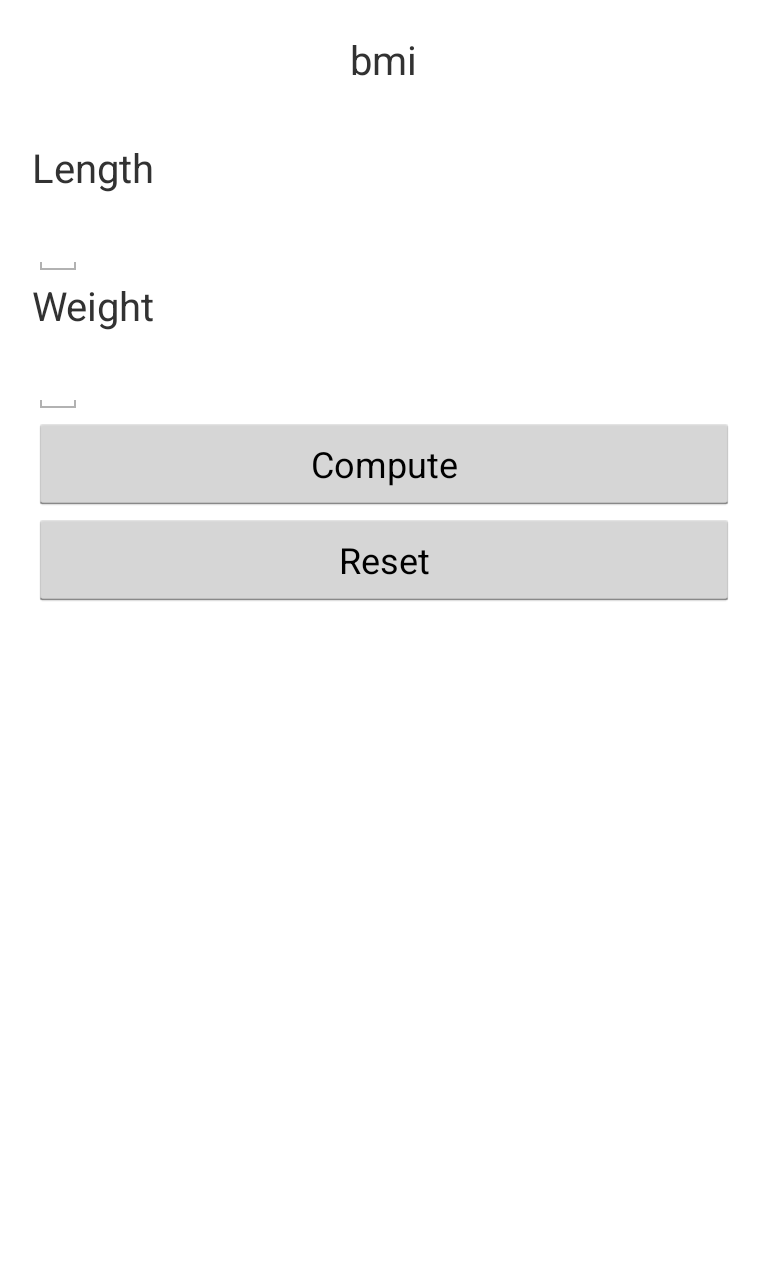
Repository: ek222mw/IDV436_API_Komponent
Layout: labb1_BMI/res/layout/activity_main.xml
An editor plug-in stored every save of this project. The layout is shown before and after the next save, followed by the edit.
It is drawn on a 768 x 1280 px phone screen (xhdpi) without system bars, with theme AppTheme; the app's code is not run.

Above is the layout before, as saved 2014-11-17 13:50:25.

### labb1_BMI/res/layout/activity_main.xml
<LinearLayout xmlns:android="http://schemas.android.com/apk/res/android"
    xmlns:tools="http://schemas.android.com/tools"
    android:orientation="vertical"
    android:layout_width="match_parent"
    android:layout_height="match_parent"
    android:paddingBottom="@dimen/activity_vertical_margin"
    android:paddingLeft="@dimen/activity_horizontal_margin"
    android:paddingRight="@dimen/activity_horizontal_margin"
    android:paddingTop="@dimen/activity_vertical_margin"
    tools:context="com.example.randomize.RandomNum" >



    <TextView

        android:layout_width="wrap_content"
        android:layout_height="wrap_content"
        android:text="@string/bmi"
        android:layout_gravity="center"
        android:textSize="20sp"
         />

    <TextView
        android:id="@+id/result"
        android:layout_width="wrap_content"
        android:layout_height="wrap_content"
        android:text="@string/result"
        android:layout_gravity="left"
        android:textSize="20sp"
         />
     <TextView

        android:layout_width="wrap_content"
        android:layout_height="wrap_content"
        android:text="@string/height"
        android:layout_gravity="left"
        android:textSize="20sp"
         />

    <EditText android:id="@+id/edit_text"

        android:layout_width="wrap_content"
        android:layout_height="wrap_content"


        android:textSize="20sp"
        android:hint="@string/edit_text_Length" />

    <TextView

        android:layout_width="wrap_content"
        android:layout_height="wrap_content"
        android:text="@string/weight"
        android:layout_gravity="left"
        android:textSize="20sp"
         />

    <EditText android:id="@+id/edit_text_Weight"

        android:layout_width="wrap_content"
        android:layout_height="wrap_content"

        android:gravity="center"
        android:textSize="20sp"
        android:hint="@string/edit_text_Weight" />

    <Button android:id="@+id/Button_Send"
        android:layout_width="match_parent"
        android:layout_height="wrap_content"
        android:layout_gravity="center"
        android:text="@string/button_text" />

    <Button android:id="@+id/Reset"
        android:layout_width="match_parent"
        android:layout_height="wrap_content"

        android:text="@string/Reset" />

</LinearLayout>

### labb1_BMI/res/values/strings.xml
<?xml version="1.0" encoding="utf-8"?>
<resources>

    <string name="app_name">labb1_BMI</string>
    <string name="bmi">bmi</string>
    <string name="result"></string>
    <string name="height">Length</string>
    <string name="edit_text_Length"></string>
    <string name="weight">Weight</string>
    <string name="edit_text_Weight"></string>
    <string name="button_text">Compute</string>
    <string name="Reset">Reset</string>
    <string name="action_settings">Settings</string>

</resources>

Loaded but not shown: labb1_BMI/res/values/styles.xml (common file); labb1_BMI/res/values-v11/styles.xml (common file); labb1_BMI/res/values-v14/styles.xml (common file); labb1_BMI/res/values/dimens.xml (common file); labb1_BMI/res/values-w820dp/dimens.xml (common file)

After the next save:
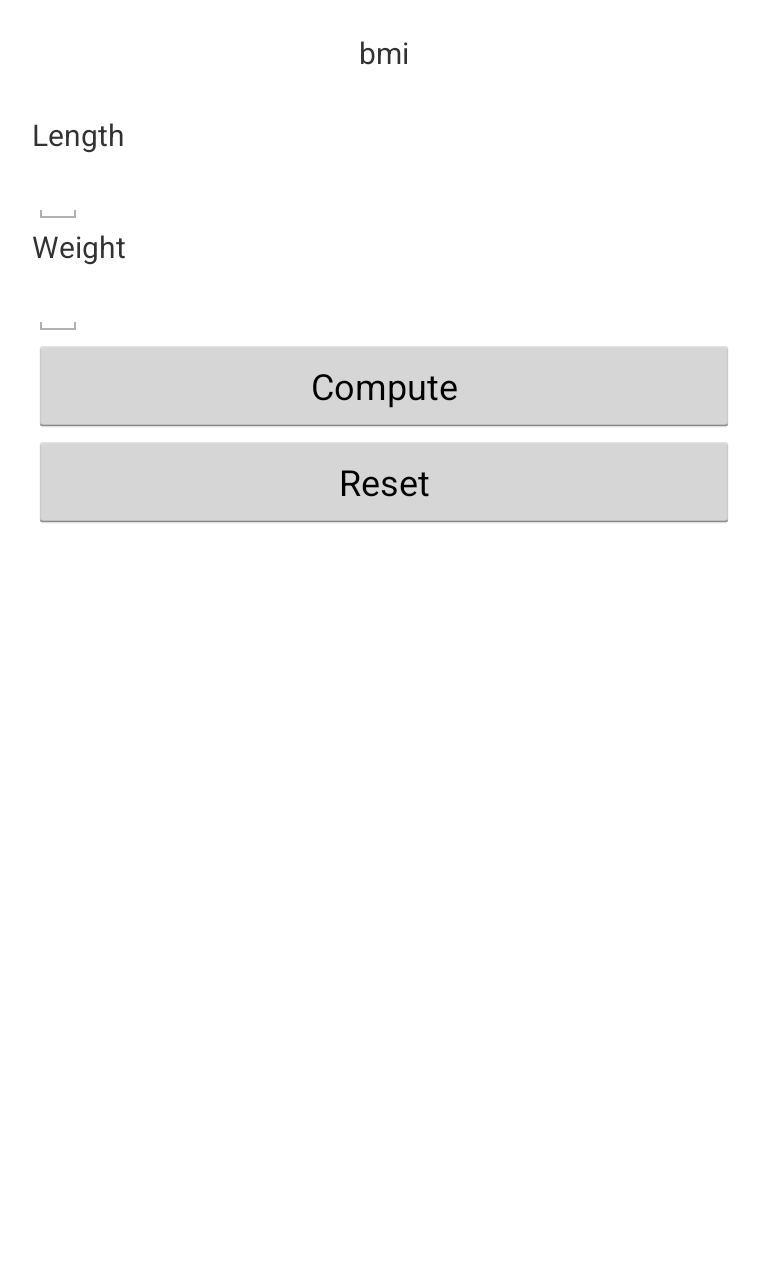
Saved 62 s later.
--- a/labb1_BMI/res/layout/activity_main.xml
+++ b/labb1_BMI/res/layout/activity_main.xml
@@ -17,7 +17,7 @@
         android:layout_height="wrap_content"
         android:text="@string/bmi"
         android:layout_gravity="center"
-        android:textSize="20sp"
+        android:textSize="15sp"
          />
 
     <TextView
@@ -26,7 +26,7 @@
         android:layout_height="wrap_content"
         android:text="@string/result"
         android:layout_gravity="left"
-        android:textSize="20sp"
+        android:textSize="15sp"
          />
      <TextView
 
@@ -34,7 +34,7 @@
         android:layout_height="wrap_content"
         android:text="@string/height"
         android:layout_gravity="left"
-        android:textSize="20sp"
+        android:textSize="15sp"
          />
 
     <EditText android:id="@+id/edit_text"
@@ -43,7 +43,7 @@
         android:layout_height="wrap_content"
 
 
-        android:textSize="20sp"
+        android:textSize="15sp"
         android:hint="@string/edit_text_Length" />
 
     <TextView
@@ -52,7 +52,7 @@
         android:layout_height="wrap_content"
         android:text="@string/weight"
         android:layout_gravity="left"
-        android:textSize="20sp"
+        android:textSize="15sp"
          />
 
     <EditText android:id="@+id/edit_text_Weight"
@@ -61,7 +61,7 @@
         android:layout_height="wrap_content"
 
         android:gravity="center"
-        android:textSize="20sp"
+        android:textSize="15sp"
         android:hint="@string/edit_text_Weight" />
 
     <Button android:id="@+id/Button_Send"
@@ -73,7 +73,6 @@
     <Button android:id="@+id/Reset"
         android:layout_width="match_parent"
         android:layout_height="wrap_content"
-
         android:text="@string/Reset" />
 
 </LinearLayout>
